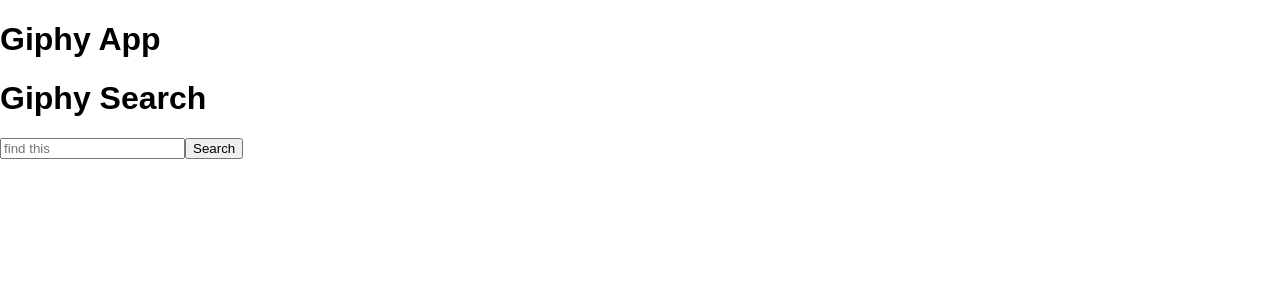
Repository: pithao/weekend-sql-to-do-react-2
Page: /
An editor plug-in stored every save of this project. The page is shown before and after a run of saves, followed by the edit.
The browser window is 1280 px wide. The pictures show the whole page.
The project was rebuilt for these pictures with package versions that can differ from the ones it lists, and the page was loaded fresh each time. Also part of the build but not shown: vite.config.js.

Above is the page before, as saved 2024-12-05 19:25:55.

### index.html
<!DOCTYPE html>
<html lang="en">
  <head>
    <meta charset="utf-8">
    <meta name="viewport" content="width=device-width, initial-scale=1, shrink-to-fit=no">
    <meta name="theme-color" content="#000000">
    <!--
      manifest.json provides metadata used when your web app is added to the
      homescreen on Android. See https://developers.google.com/web/fundamentals/engage-and-retain/web-app-manifest/
    -->
    <link rel="manifest" href="/manifest.json">
    <link rel="shortcut icon" href="/favicon.ico">
    <!--
      Notice the use of  in the tags above.
      It will be replaced with the URL of the `public` folder during the build.
      Only files inside the `public` folder can be referenced from the HTML.

      Unlike "/favicon.ico" or "favicon.ico", "/favicon.ico" will
      work correctly both with client-side routing and a non-root public URL.
      Learn how to configure a non-root public URL by running `npm run build`.
    -->
    <title>React App</title>
  </head>
  <body>
    <noscript>
      You need to enable JavaScript to run this app.
    </noscript>
    <div id="root"></div>
    <!--
      This HTML file is a template.
      If you open it directly in the browser, you will see an empty page.

      You can add webfonts, meta tags, or analytics to this file.
      The build step will place the bundled scripts into the <body> tag.

      To begin the development, run `npm start` or `yarn start`.
      To create a production bundle, use `npm run build` or `yarn build`.
    -->



<script type="module" src="/src/index.jsx"></script>
  </body>
</html>

### src/components/App/App.jsx
import {useState, useEffect} from 'react';
import Search from '../Search/Search';

function App () {

  return (
    <div>
      <h1>Giphy App</h1>
      <Search />
    </div>
  );

}

export default App

### src/components/Search/Search.jsx
import {useState, useEffect} from 'react';
import axios from 'axios';


function Search () {
    const [ searchText, setSearchText] = useState('');
    const [giphs, setGiphs] = useState('')

  function searchNow(){
    console.log('in searchNow:', searchText);
    // axios call to giphy

    const url = `https://api.giphy.com/v1/gifs/search?api_key=84QiQD0CU1Ep4qL3Z904TnFon6vVuKep&q= ${searchText} &limit=25&offset=0&rating=g&lang=en&bundle=messaging_non_clips`
    axios.get( url ).then(function(response){
      console.log(response.data);
      setGiphs(response.data.data); //specific to giphy
    }).catch(function(err){
      console.log(err);
      alert('error getting Giphs')

    })
    }


  return (
    <div>
      <h1>Giphy Search</h1>
      <input type='text' placeholder='find this' onChange={ (e) =>setSearchText( e.target.value ) }/>
      <button onClick={ searchNow }>Search</button>
      <div>
        <h2></h2>
        {/* <p>{ searchText }</p>
        <p>{JSON.stringify(giphs)}</p> */}
      </div>
    </div>
  );

}

export default Search

Loaded but not shown: src/index.jsx (common file); src/index.css (common file)

After the next 2 saves:
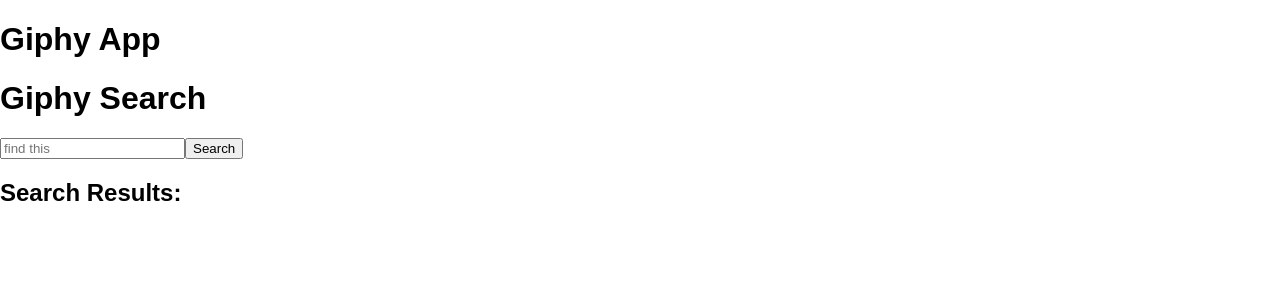
The 2 saves are shown as one change because they came seconds apart.
The last was saved 7 s later.
--- a/src/components/Search/Search.jsx
+++ b/src/components/Search/Search.jsx
@@ -28,7 +28,8 @@
       <input type='text' placeholder='find this' onChange={ (e) =>setSearchText( e.target.value ) }/>
       <button onClick={ searchNow }>Search</button>
       <div>
-        <h2></h2>
+        <h2>Search Results:</h2>
+
         {/* <p>{ searchText }</p>
         <p>{JSON.stringify(giphs)}</p> */}
       </div>
